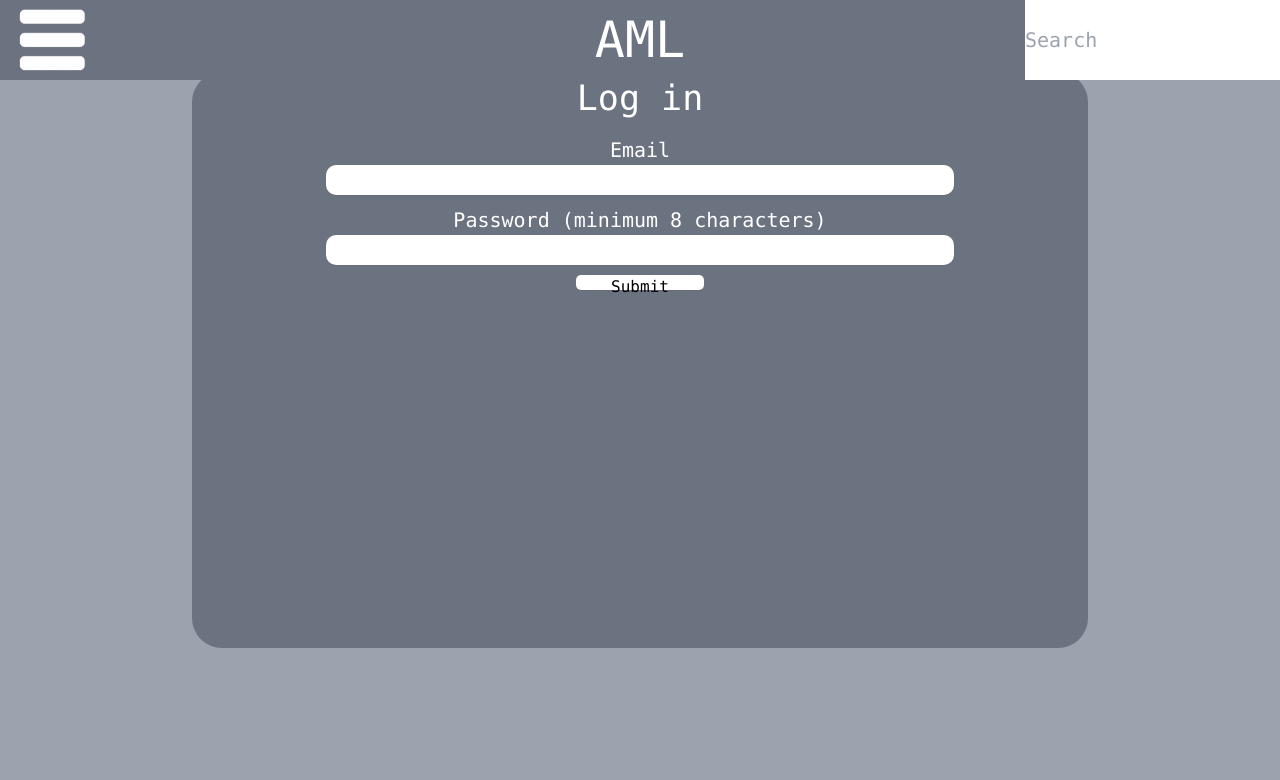
Repository: DuyKhanhDo/AML-Concept
Page: http://localhost/login
The author's editor kept a copy of each file at every save. The page is drawn from the files as they stood at one save, then again after the next save.
The browser window is 1280 px wide. The pictures show the whole page.
Some web libraries are served in a nearby version. The page is served by the project's Laravel application, run on PHP 8.4 with Laravel 12. Other server files are loaded and not shown.

Above is the page before, as saved 2024-12-01 17:48:23.

### routes/web.php
<?php

use App\Http\Controllers\RegisterController;
use App\Http\Controllers\MediaController;
use App\Http\Controllers\LogInController;
use App\Http\Controllers\ProfileController;
use App\Http\Controllers\SubscriptionController;
use App\Http\Controllers\PaymentController;
use Illuminate\Support\Facades\Route;
use Illuminate\Support\Facades\Auth;
use App\Http\Controllers\Auth\PayPalController;
use App\Http\Controllers\ReviewController;

Auth::routes();

Route::get('/', function () {
    return view('catalogue');
});

Route::get('/media', [MediaController::class, 'MediaView'])->name('media');
Route::post('/submit-review', [MediaController::class, 'SubmitReview'])->name('submit.review');

//Auth routes
Route::get('/login', [LogInController::class, 'LogInView'])->name('login');
Route::post('/submit-login', [LogInController::class, 'Submit'])->name('submit.login');

Route::get('/register', [RegisterController::class, 'RegisterView'])->name('register');
Route::post('/submit-register', [RegisterController::class, 'Submit'])->name('submit.register');

Route::post('/logout', function(){
    Auth::logout();
    return redirect()->back();
})->name('logout');

//Subscription routes
Route::get('/subscribe', [SubscriptionController::class, 'SubscribeView'])->name('subscribe');

Route::get('auth/paypal/redirect', [PayPalController::class, 'redirectToProvider']);

### app/Http/Controllers/LogInController.php
<?php

namespace App\Http\Controllers;

use Illuminate\Support\Facades\Auth;
use Illuminate\Http\Request;
use Illuminate\Support\Facades\Redirect;
use App\Models\User;
use Illuminate\Support\Facades\Hash;
use Illuminate\Validation\Rules\Exists;
use League\CommonMark\Extension\CommonMark\Renderer\Block\ThematicBreakRenderer;

class LogInController extends Controller
{
    public function LogInView(){
        return view('login');
    }

    public function Submit(Request $request){
        $request->validate([
            'email' => 'required',
            'password' => 'required',
        ]);

        if (Auth::attempt(['email' => $request->input('email'), 'password' => $request->input('password')])){
            return redirect()->intended('/');
        } else {
            return redirect()->back()->withErrors(['failed' => 'Invalid credentials']);
        };
    }
}

### resources/views/login.blade.php
<x-base>
    <x-slot:content>
        <main class="flex justify-center items-center h-screen">
            <div class="absolute top-[5vh] bg-gray-500 w-[70vw] h-[80vh] mt-[5vh] rounded-[30px] flex items-center flex-col">
                <h1 class="text-[35px]">Log in</h1>
                @if ($errors->any())
                    <div class="bg-red-400 text-center w-[70%]">
                        <h2 class="text-[20px]">ERRORS:</h2>
                        @foreach ($errors->all() as $error)
                            <p>{{ $error }}</p>
                        @endforeach
                    </div>
                @endif
                <form action="{{ route('submit.login') }}" method="POST" class="w-full h-full flex items-center flex-col">
                    @csrf
                    <x-text-input type='text' for='email' label='Email' width="70%"></x-text-input>
                    <x-text-input type='password' for='password' label='Password (minimum 8 characters)' width="70%"></x-text-input>
                    <x-submit-button text='Submit'></x-submit-button>
                </form>
            </div>
        </main>
    </x-slot>
</x-base>

### resources/views/components/text-input.blade.php
<label for="{{ $for }}" class="text-[20px] mt-[10px] text-center">{{ $label }}</label>
<input type="{{ $type }}" name="{{ $for }}" id="{{ $for }}" class="text-black w-[{{ $width }}] m-w-[2px] text-[20px] shadow-sm rounded-[10px]" value="">

### resources/views/components/submit-button.blade.php
<button type="submit" class="bg-white w-[10vw] h-[3%] rounded-[5px] shadow-sm mt-[10px] active:bg-gray-50 text-black">{{ $text }}</button>

### resources/views/components/base.blade.php
<!DOCTYPE html>
<html lang="en">
<head>
    <meta charset="UTF-8">
    <meta name="viewport" content="width=device-width, initial-scale=1.0">
    <title>AML</title>
    <script src="https://cdn.tailwindcss.com"></script>
</head>
<body class="bg-gray-400 font-mono">
    <x-navigation-bar></x-navigation-bar>
    <main class="mt-[5vh] text-white text-center">
        {{ $content }}
    </main>
</body>
</html>

### resources/views/components/navigation-bar.blade.php
<div class="fixed left-0 top-0 w-full h-[5rem] flex items-center justify-center bg-gray-500 m-0 p-0 box-border font-mono z-50">
    <button id="toggle-sidebar" class="absolute left-0 ml-[10px] h-full"><img class="h-full" draggable="false" src="{{ asset('assets/sidebar-img.png') }}" alt=""></button>
    <h1 class="text-[50px] text-white">AML</h1>
    <input type="text" class="absolute right-0 ml-[10px] h-full radius-[20px] text-[20px]" placeholder="Search">
</div>
<div id="sidebar" class="fixed left-0 top-[5rem] bg-gray-500 w-[20rem] h-[95vh] flex flex-col opacity-0 z-50 transition-opacity duraction-900">
    <ul class="text-center text-white w-full flex items-center">
        <x-side-bar-btn :csrf=false method="GET" route="/" name="Catalogue"></x-side-bar-btn>
    </ul>
    <ul class="absolute bottom-0 flex flex-col text-center text-white w-full flex items-center">
        @if (Auth::check())
            <x-side-bar-btn :csrf=true method="POST" route="{{ route('logout') }}" name="Sign out"></x-side-bar-btn>
        @else
            <x-side-bar-btn :csrf=false method="GET" route="{{ route('login') }}" name="Log in"></x-side-bar-btn>
            <x-side-bar-btn :csrf=false method="GET" route="{{ route('register') }}" name="Register"></x-side-bar-btn>
        @endif
    </ul>
</div>

<script>
    const button = document.getElementById('toggle-sidebar')
    const sidebar = document.getElementById('sidebar')

    button.addEventListener('click',function(){
        sidebar.classList.toggle('opacity-0');
        sidebar.classList.toggle('opacity-100');
    })
</script>

### resources/views/components/side-bar-btn.blade.php
<form class="w-full" method="{{ $method }}" action='{{ $route }}'>
    @if ($csrf == true)
        @csrf
    @endif

    <li class="mx-auto bg-gray-700 w-full h-[5rem] mb-[10px] flex items-center justify-center">
        <button type="submit" class="font-mono text-[30px] w-full">
            {{ $name }}
        </button>
    </li>
</form>

Loaded but not shown: app/Http/Controllers/Auth/ConfirmPasswordController.php (common file); app/Http/Controllers/Controller.php (common file)

After the next save:
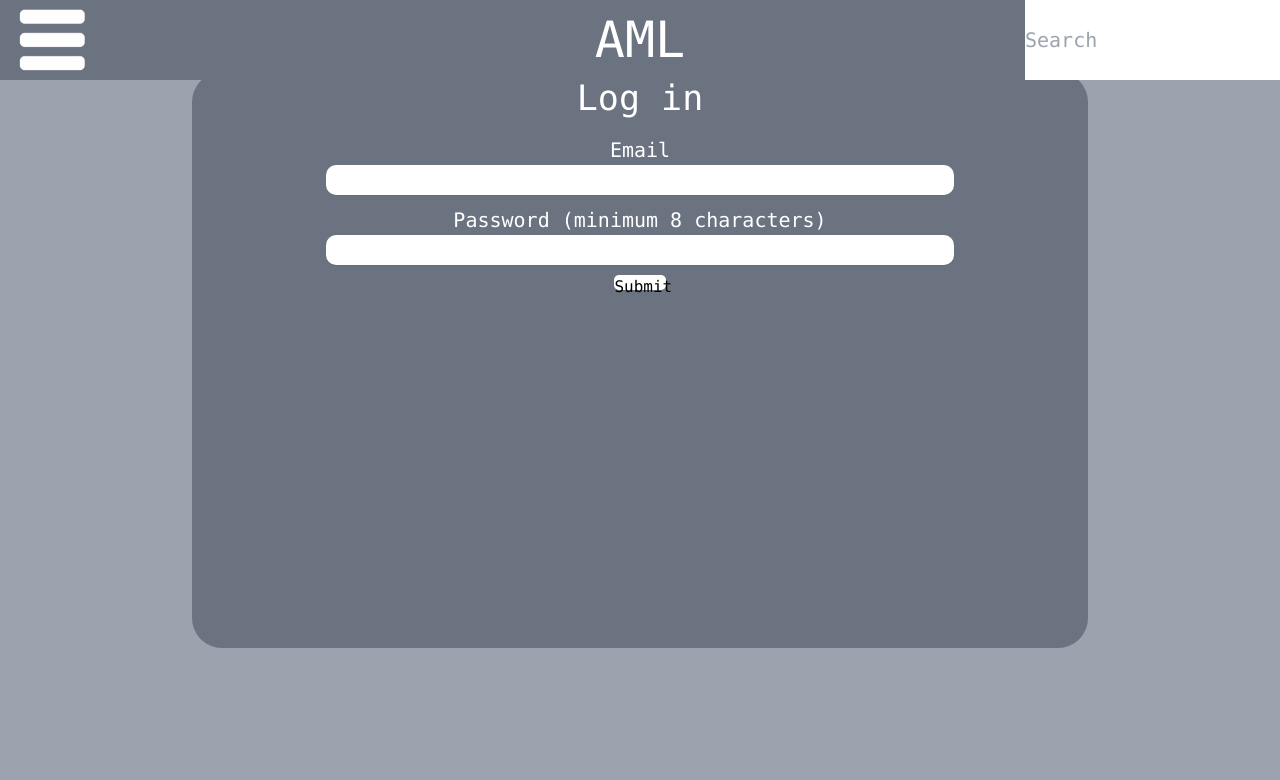
Saved 8 s later.
--- a/resources/views/components/submit-button.blade.php
+++ b/resources/views/components/submit-button.blade.php
@@ -1 +1 @@
-<button type="submit" class="bg-white w-[10vw] h-[3%] rounded-[5px] shadow-sm mt-[10px] active:bg-gray-50 text-black">{{ $text }}</button>
+<button type="submit" class="bg-white w-[4vw] h-[3%] rounded-[5px] shadow-sm mt-[10px] active:bg-gray-50 text-black">{{ $text }}</button>
